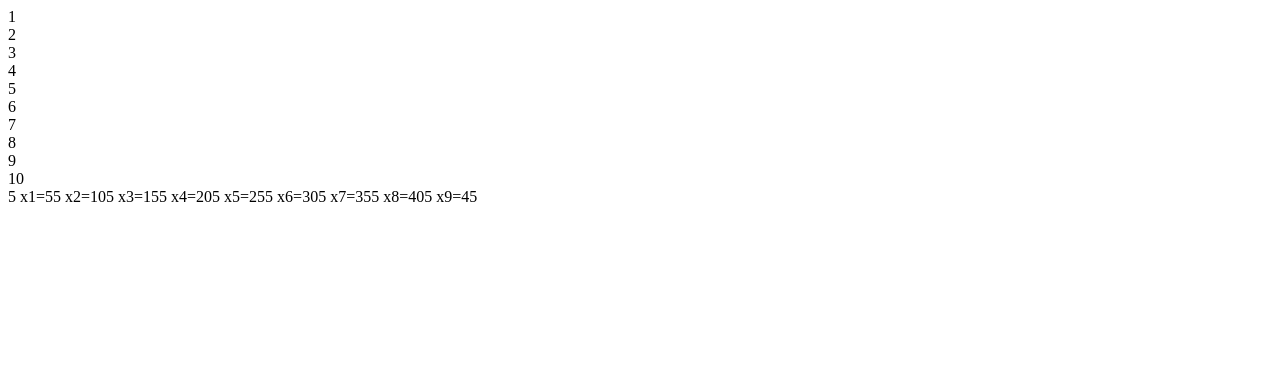
Repository: jeong3/Real_Time_Date
Page: http://localhost/jspGrammar1/Scriptlet.jsp
An editor plug-in stored every save of this project. The page is shown before and after the next save, followed by the edit.
The browser window is 1280 px wide. The pictures show the whole page.
The page is served by Tomcat 9.

Above is the page before, as saved 2024-08-30 02:19:27.

After the next save:
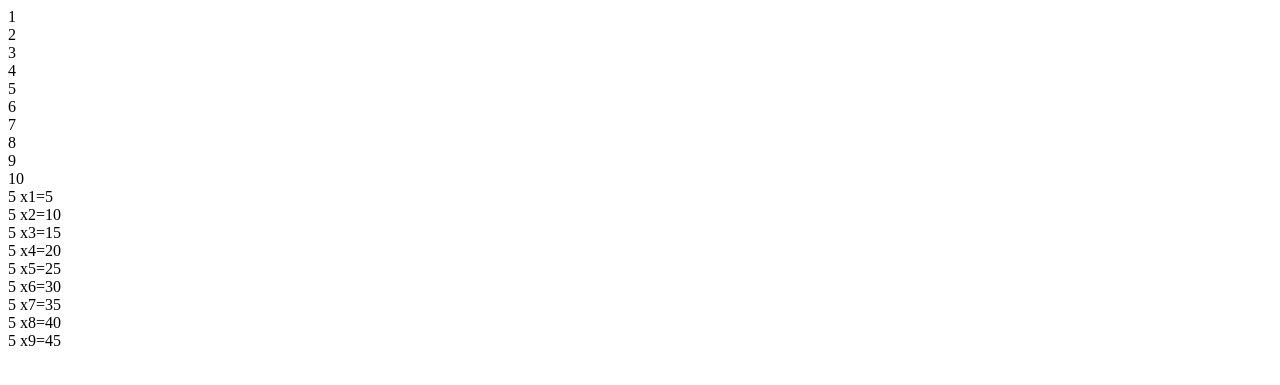
Saved 89 s later.
--- a/eclipse/eclipse-workspace/jspGrammar1/src/main/webapp/Scriptlet.jsp
+++ b/eclipse/eclipse-workspace/jspGrammar1/src/main/webapp/Scriptlet.jsp
@@ -12,7 +12,7 @@
 		out.print(i + "<br />");
 	}
 	for(int gop = 1; gop <= 9; gop++){
-		out.print("5 x"+gop + "="+5*gop);
+		out.print("5 x"+gop + "="+5*gop+"<br />");
 	}
 
 
